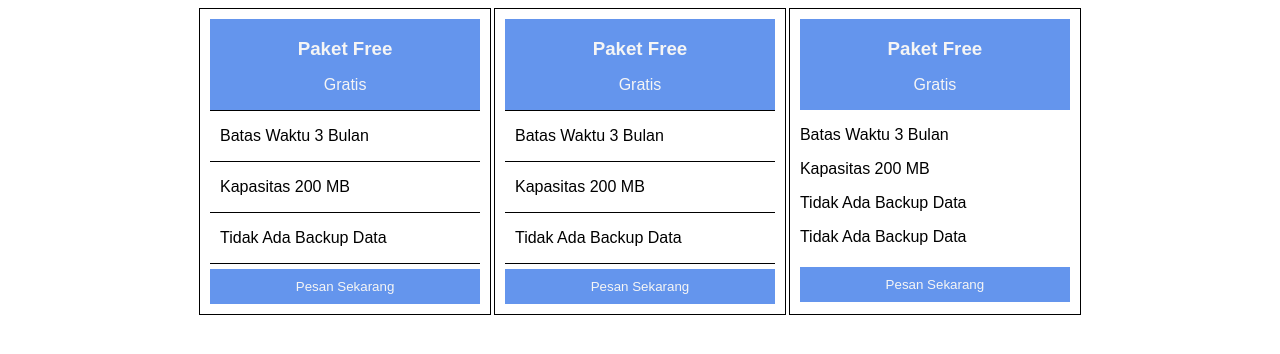
Repository: AHSANS354/tugas-sib5
Page: tugas css/index.html
An editor plug-in stored every save of this project. The page is shown before and after the next save, followed by the edit.
The browser window is 1280 px wide. The pictures show the whole page.

Above is the page before, as saved 2023-08-29 15:54:42.

After the next save:
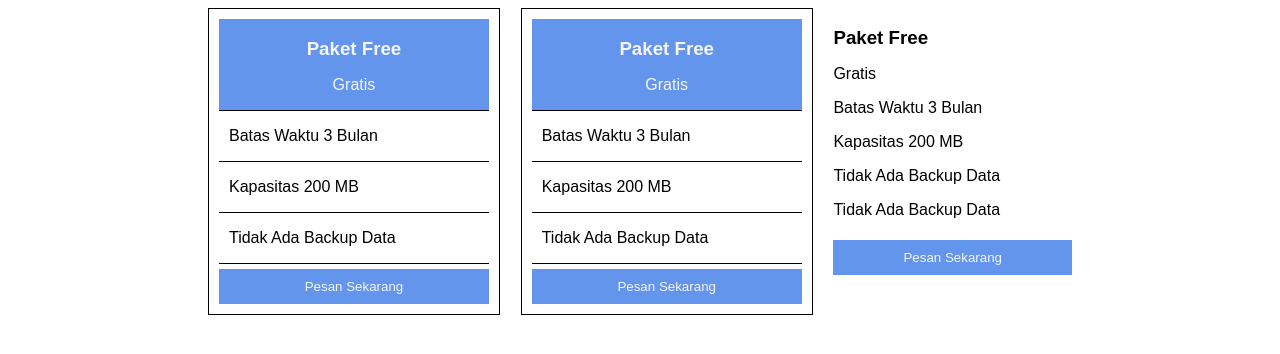
Saved 47 s later.
--- a/tugas css/index.html
+++ b/tugas css/index.html
@@ -58,8 +58,8 @@
               </div>
             </div>
           </div>
-          <div class="card 3">
-            <div class="header">
+          <div class="card3">
+            <div class="header3">
               <div>
                 <h3>paket free</h3>
               </div>
@@ -67,7 +67,7 @@
                 <p>Gratis</p>
               </div>
             </div>
-            <div class="conten">
+            <div class="content3">
               <div>
                 <p>batas waktu 3 bulan</p>
               </div>
@@ -80,7 +80,7 @@
               <div>
                 <p>tidak ada backup data</p>
               </div>
-              <div class="btn">
+              <div class="btn3">
                 <button type="button">pesan sekarang</button>
               </div>
             </div>
